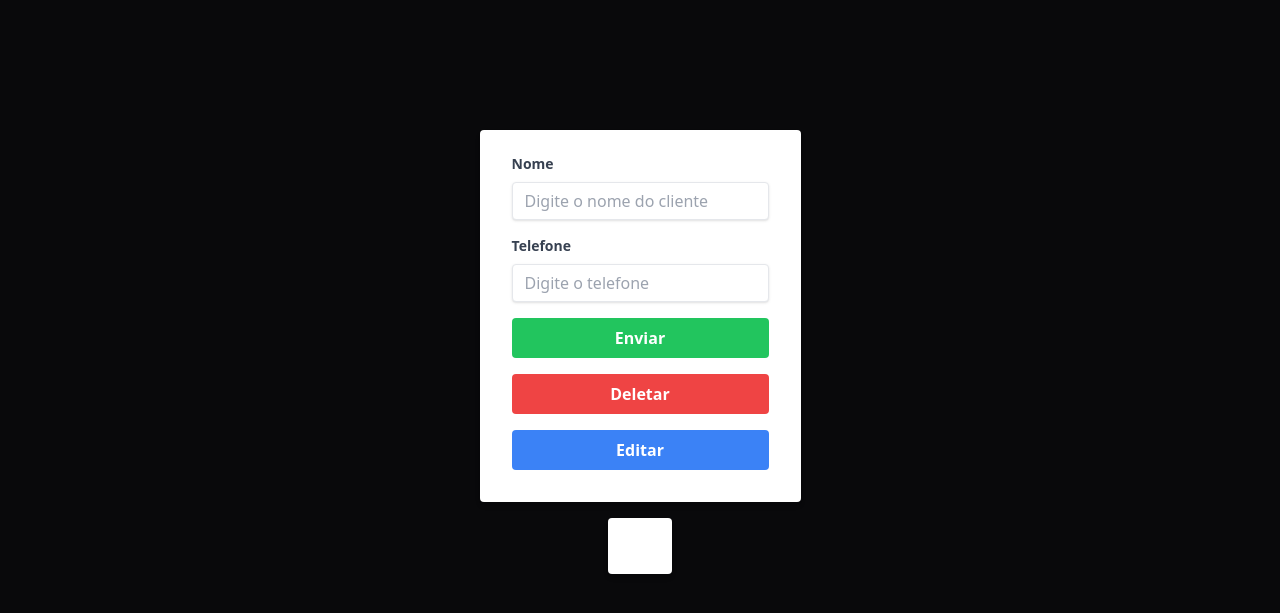
Repository: Gstxxx/sales-manager-laravel
Page: http://localhost/
An editor plug-in stored every save of this project. The page is shown before and after the next save, followed by the edit.
The browser window is 1280 px wide. The pictures show the whole page.
The page is served by the project's Laravel application, run on PHP 8.4 with Laravel 12. Style sheets and scripts are compiled from the project's sources, by tool versions that may differ from the author's. Queries for data that is not in the repository find no rows.

Above is the page before, as saved 2024-06-09 03:52:58.

After the next save:
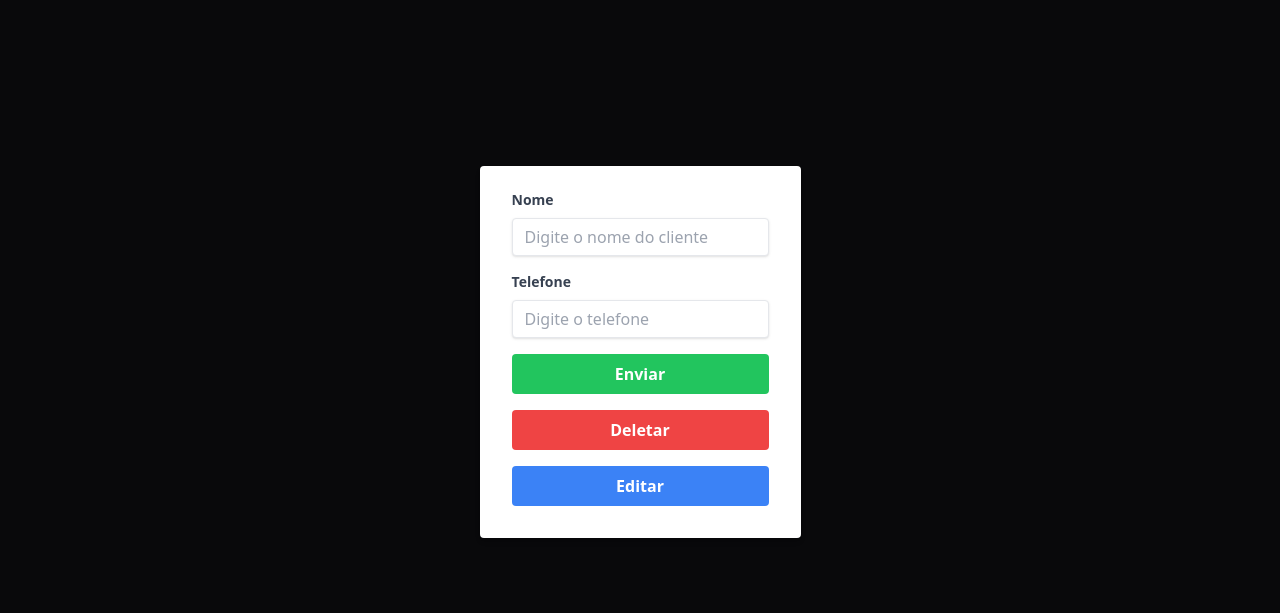
Saved 10 s later.
--- a/resources/views/home.blade.php
+++ b/resources/views/home.blade.php
@@ -49,7 +49,7 @@
                 </button>
             </div>
         </form>
-        @if ($clients)
+        @if (sizeof($clients) > 0)
             <div class="bg-white shadow-md rounded px-8 pt-6 pb-8 mb-4">
                 @foreach ($clients as $result)
                     <p>{{ $result['name'] }}</p>
